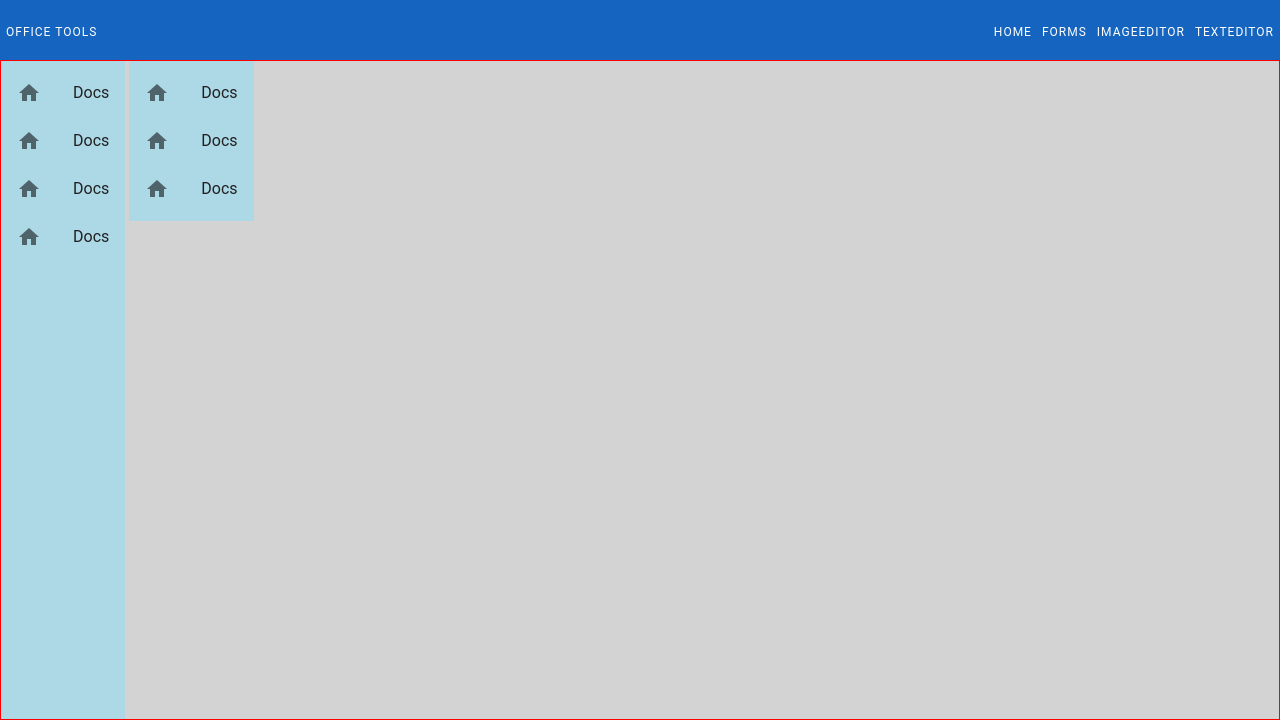
Repository: Vijay-Singh1/office-tools
Page: /form-builder/Create-Form
These files come from the project's save history. The page is drawn as it stood at one moment and after the next save; the edit follows.
The browser window is 1280 px wide. The pictures show the whole page.
The project was rebuilt for these pictures with package versions that can differ from the ones it lists, and the page was loaded fresh each time. Also part of the build but not shown: vite.config.ts, src/FormBuilderApp/src/pages/FormBuilderHome.tsx, src/FormBuilderApp/src/pages/OpenForms.tsx, src/App.css, src/components/common/sidebar/Sidebar.tsx, src/ImageEditor/src/pages/ImageEditorHome.tsx, src/ImageEditor/src/pages/CreateImage.tsx, src/DocsEditor/src/pages/DocsEditorHome.tsx and 1 more.

Above is the page before, as saved 2024-09-09 19:34:58.

### index.html
<!doctype html>
<html lang="en">
  <head>
    <meta charset="UTF-8" />
    <link rel="icon" type="image/svg+xml" href="/vite.svg" />
    <meta name="viewport" content="width=device-width, initial-scale=1.0" />
    <title>Office Tools</title>
  </head>
  <body>
    <div id="root"></div>
    <script type="module" src="/src/main.tsx"></script>
  </body>
</html>

### src/main.tsx
import { StrictMode } from 'react'
import { createRoot } from 'react-dom/client'
import App from './App.tsx'
import './index.css'// Import Tailwind CSS
import { ThemeProvider } from '@mui/material/styles';
import CssBaseline from '@mui/material/CssBaseline';
import theme from "./appTheme/appTheme.ts"
import AppRoutes from './routes.js';
createRoot(document.getElementById('root')!).render(
  <StrictMode>
    <ThemeProvider theme={theme}>
    <CssBaseline />
    <AppRoutes />
    </ThemeProvider>
  </StrictMode>,
)

### src/appTheme/appTheme.ts
// src/theme/theme.js

import { createTheme } from '@mui/material/styles';
import { blue,  red, orange, green, grey } from '@mui/material/colors';

const theme = createTheme({
  palette: {
    primary: {
      light: blue[300], // Light shade for hover effects, etc.
      main: blue[600],  // Main primary color
      dark: blue[800],  // Dark shade for contrast
      contrastText: '#ffffff',
    },
    secondary: {
      light: blue[200], // Light blue as a secondary color
      main: blue[400],  // A mid-range blue for secondary actions
      dark: blue[700],  // Darker shade for emphasis
      contrastText: '#ffffff',
    },
    error: {
      main: red[500],
    },
    warning: {
      main: orange[500],
    },
    info: {
      main: blue[300],
    },
    success: {
      main: green[500],
    },
    background: {
      default: '#ffffff',
      paper: blue[50], // Very light blue background for paper components
    },
    text: {
      primary: grey[900],
      secondary: blue[800], // Dark blue text for secondary elements
    },
    action: {
      hover: blue[100], // Light blue on hover
      selected: blue[50], // Even lighter blue when an item is selected
      disabledBackground: blue[50], // Light blue background for disabled items
      disabled: grey[400], // Disabled text color
    },
    divider: blue[100], // Light blue for dividers and borders
  },
  typography: {
    fontFamily: 'Roboto, Arial, sans-serif',
    h1: {
      fontWeight: 700,
      color: blue[800], // Dark blue for headings
    },
    h2: {
      fontWeight: 700,
      color: blue[700], // Slightly lighter for sub-headings
    },
    subtitle1: {
      fontSize: 12,
      letterSpacing : "1px"
    },
  },
  spacing :[0,2,4,6,8,10],
  components: {
    MuiButton: {
      styleOverrides: {
        root: {
          borderRadius: 8,
          '&:hover': {
            backgroundColor: blue[700], // Darker blue on hover
          },
        },
      },
    },
    MuiAppBar: {
      styleOverrides: {
        colorPrimary: {
          backgroundColor: blue[800], // Darker shade for AppBar
        },
      },
    },
    MuiPaper: {
      styleOverrides: {
        root: {
          backgroundColor: blue[50], // Very light blue for paper components
        },
      },
    },
    // Add more component customizations as needed
  },
});

export default theme;

### src/routes.tsx
import React from 'react';
import { createBrowserRouter, RouterProvider } from 'react-router-dom';
import { formBuilderRoutes } from './FormBuilderApp/src/formBuilderRoutes';
import App from './App';
import { imageEditorRoutes } from './ImageEditor/src/ImageEditorRoutes';
import { docsEditorRoutes } from './DocsEditor/src/docsEditorRoutes';

// Combine routes from different modules
const router = createBrowserRouter([
  {
    path: '/',
    element: <App />,
    children: [
      ...formBuilderRoutes,
      ...imageEditorRoutes,
      ...docsEditorRoutes
      // Add other module routes here
    ],
  },
]);

const AppRoutes: React.FC = () => {
  return <RouterProvider router={router} />;
};

export default AppRoutes;

### src/FormBuilderApp/src/formBuilderRoutes.tsx
import React from 'react';
import { RouteObject } from 'react-router-dom';
import FormBuilderHome from './pages/FormBuilderHome';
import CreateForm from './pages/CreateForm';
import OpenForms from './pages/OpenForms';
import FormBuilderMain from './pages/FormBuilderMain';


export const formBuilderRoutes: RouteObject[] = [
  {
    path: 'form-builder',
    element: < FormBuilderMain/>,
    children: [
      {
        path: '/form-builder',
        element: <FormBuilderHome />,
      },
      {
        path: '/form-builder/Create-Form',
        element: <CreateForm />,
      },
      {
        path: '/form-builder/Open-Form',
        element: <OpenForms />,
      },
    ],
  },
];

### src/App.tsx
import { Outlet } from "react-router-dom";
import "./App.css";
import Sidebar from "./components/common/appBar/sidebar/Sidebar";
import { AppBar, Box, IconButton, Stack, Toolbar, Typography,   } from "@mui/material";
import MenuIcon from '@mui/icons-material/Menu';
import Appbar from "./components/common/appBar/Appbar";
const App: React.FC = () => {

  return (

      <Stack direction="column">
    <Appbar/>
      <Box>
        <Outlet />
      </Box>
      </Stack>

  );
};

export default App;

### src/ImageEditor/src/ImageEditorRoutes.tsx
import React from 'react';
import { RouteObject } from 'react-router-dom';
import ImageEditorMain from './pages/ImageEditorMain';
import ImageEditorHome from './pages/ImageEditorHome';
import CreateImage from './pages/CreateImage';


export const imageEditorRoutes: RouteObject[] = [
  {
    path: 'image-editor',
    element: < ImageEditorMain/>,
    children: [
      {
        path: '/image-editor',
        element: <ImageEditorHome />,
      },
      {
        path: '/image-editor/Create-Image',
        element: <CreateImage />,
      },

    ],
  },
];

### src/DocsEditor/src/docsEditorRoutes.tsx
import React from 'react';
import { RouteObject } from 'react-router-dom';
import DocsEditorMain from './pages/DocsEditorMain';
import DocsEditorHome from './pages/DocsEditorHome';
import CreateDocs from './pages/CreateDocs';


export const docsEditorRoutes: RouteObject[] = [
  {
    path: '/docs-editor',
    element: < DocsEditorMain/>,
    children: [
      {
        path: '/docs-editor',
        element: <DocsEditorHome />,
      },
      {
        path: '/docs-editor/Create-docs',
        element: <CreateDocs />,
      },

    ],
  },
];

### src/FormBuilderApp/src/pages/CreateForm.tsx
import { styled } from '@mui/material/styles';
import Box from '@mui/material/Box';
import React from 'react'
import { Stack } from '@mui/material';
import FormSidebar from '../components/sidebar/Sidebar';
import { Home } from '@mui/icons-material';
import CenterComponent from '../components/centerComponent/centerComponent';


const sideBarItem = [
  {
    text :"Docs",
    icon :<Home/>
  },
  {
    text :"Docs",
    icon :<Home/>
  },
  {
    text :"Docs",
    icon :<Home/>
  },
  {
    text :"Docs",
    icon :<Home/>
  },
]
const CreateForm : React.FC = () => {
  return (
    <Box border={"1px solid red"} flex ={1} bgcolor={"lightgray"} display={"flex"}  width = "100%" minHeight="calc(100vh - 60px)">
      <Stack direction="row" spacing={2}>
      <FormSidebar items = {sideBarItem}/>
      <CenterComponent/>
</Stack>
    </Box>
  )
}

export default CreateForm

### src/FormBuilderApp/src/pages/FormBuilderMain.tsx
import { Box, Stack } from '@mui/material'
import { Outlet } from 'react-router-dom'



const FormBuilderMain = () => {
  return (
      <Box width={"100%"} >
        <Stack direction="row" spacing={2}>
            <Outlet />
          </Stack>
          </Box>
  )
}

export default FormBuilderMain

### src/components/common/appBar/Appbar.tsx
import { AppBar, Box, styled, Toolbar, Typography } from '@mui/material'
import React from 'react'
import HomeRepairServiceIcon from '@mui/icons-material/HomeRepairService';
import { NavLink } from 'react-router-dom';

const StyledToolBar = styled(Toolbar)({
    display : "flex",
    justifyContent : "space-between"
})

const NavItems = styled(Box)(({theme}) =>({
    color : theme.palette.primary.contrastText,
    display: "flex",
    // border : "1px solid red",
    gap: theme.spacing(5)
}))

const StyledNavLink = styled(NavLink)(({theme})=>({
    width : "40%",
    color : theme.palette.primary.contrastText,
    textDecoration : "none",


}))

const Appbar = () => {
  return (
    <Box sx={{ flexGrow: 1 }} height={"60px"}>
    <AppBar position='static' >
        <StyledToolBar>
        <Typography variant='subtitle1' sx={{display : {sm : "block", xs : "none"}}}>OFFICE TOOLS</Typography>
            <HomeRepairServiceIcon sx={{display : {sm : "none", xs : "block"}}}/>
            <NavItems>
            <StyledNavLink to="/"><Typography variant='subtitle1'>HOME</Typography> </StyledNavLink>
            <StyledNavLink to="/form-builder"><Typography variant='subtitle1'>FORMS</Typography></StyledNavLink>
            <StyledNavLink to="/image-editor"><Typography variant='subtitle1'>IMAGEEDITOR</Typography></StyledNavLink>
            <StyledNavLink to="/docs-editor"><Typography variant='subtitle1'>TEXTEDITOR</Typography></StyledNavLink>
        </NavItems>
        </StyledToolBar>

    </AppBar>
    </Box>
  )
}

export default Appbar

### src/ImageEditor/src/pages/ImageEditorMain.tsx
import { Home } from '@mui/icons-material'
import { Box, Stack } from '@mui/material'
import React from 'react'
import { Outlet } from 'react-router-dom'
import Sidebar from '../../../components/common/sidebar/Sidebar'


const sideBarItem = [
    {
      text :"ImageEditor",
      icon :<Home/>
    },
    {
      text :"ImageEditor",
      icon :<Home/>
    },
    {
      text :"ImageEditor",
      icon :<Home/>
    },
    {
      text :"ImageEditor",
      icon :<Home/>
    },
  ]
const ImageEditorMain = () => {
  return (
    <Box width={"100%"}>
      <Stack direction="row" spacing={2}>
        <Sidebar items ={sideBarItem}/>
          <Outlet />
        </Stack>
        </Box>
  )
}

export default ImageEditorMain

### src/DocsEditor/src/pages/DocsEditorMain.tsx
import { Box, Stack } from '@mui/material'
import React from 'react'
import Sidebar from '../../../components/common/sidebar/Sidebar'
import { Outlet } from 'react-router-dom'
import { Home } from '@mui/icons-material'


const sideBarItem = [
    {
      text :"Docs",
      icon :<Home/>
    },
    {
      text :"Docs",
      icon :<Home/>
    },
    {
      text :"Docs",
      icon :<Home/>
    },
    {
      text :"Docs",
      icon :<Home/>
    },
  ]
const DocsEditorMain = () => {
  return (
    <Box width={"100%"}>
        <Stack direction="row" spacing={2}>
          <Sidebar items ={sideBarItem}/>
            <Outlet />
          </Stack>
          </Box>
  )
}

export default DocsEditorMain

### src/FormBuilderApp/src/components/sidebar/Sidebar.tsx



import { Box, List, ListItem, ListItemButton, ListItemIcon, ListItemText } from '@mui/material'
import React from 'react'
import { SidebarProps } from '../../../../types';

const FormSidebar:React.FC<SidebarProps> = ({items  }) => {
  return (
    <Box bgcolor="lightBlue" flex={1}>
      <List>
      {items?.map((item) =>(
        <ListItem disablePadding>
          <ListItemButton component = "a" href='/form-builder'>
            <ListItemIcon>
              {item.icon}
            </ListItemIcon>
            <ListItemText >{item.text}</ListItemText>
          </ListItemButton>
        </ListItem>
      ))}
      </List>
    </Box>
  )
}

export default FormSidebar

### src/FormBuilderApp/src/components/centerComponent/centerComponent.jsx
import { Box } from '@mui/material'
import React from 'react'
import FormSidebar from '../sidebar/Sidebar'
import { Home } from '@mui/icons-material'

const sideBarItem = [
    {
      text :"Docs",
      icon :<Home/>
    },
    {
      text :"Docs",
      icon :<Home/>
    },
    {
      text :"Docs",
      icon :<Home/>
    },
  ]
const CenterComponent = () => {
  return (
    <Box flex={1}>
      <FormSidebar items = {sideBarItem}/>
    </Box >
  )
}

export default CenterComponent

Loaded but not shown: src/index.css (common file)

After the next save:
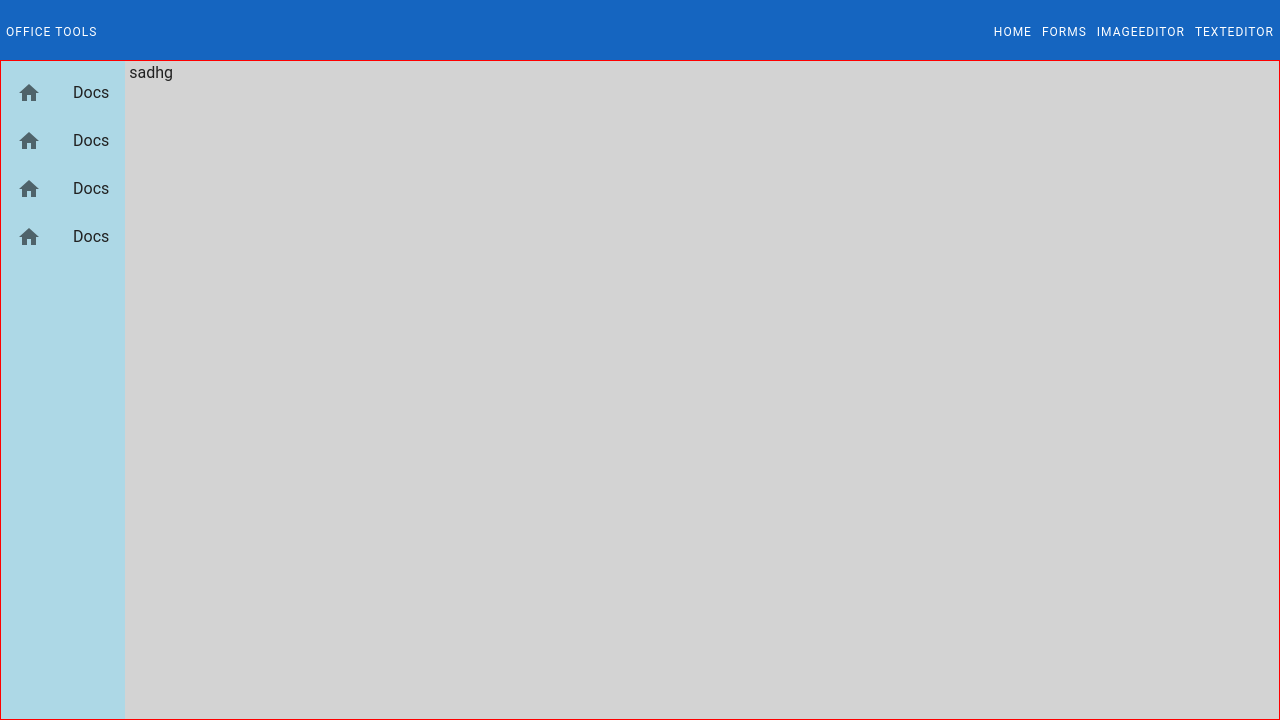
Saved 15 s later.
--- a/src/FormBuilderApp/src/components/centerComponent/centerComponent.jsx
+++ b/src/FormBuilderApp/src/components/centerComponent/centerComponent.jsx
@@ -20,7 +20,7 @@
 const CenterComponent = () => {
   return (
     <Box flex={1}>
-      <FormSidebar items = {sideBarItem}/>
+      sadhg
     </Box >
   )
 }

After the save that followed:
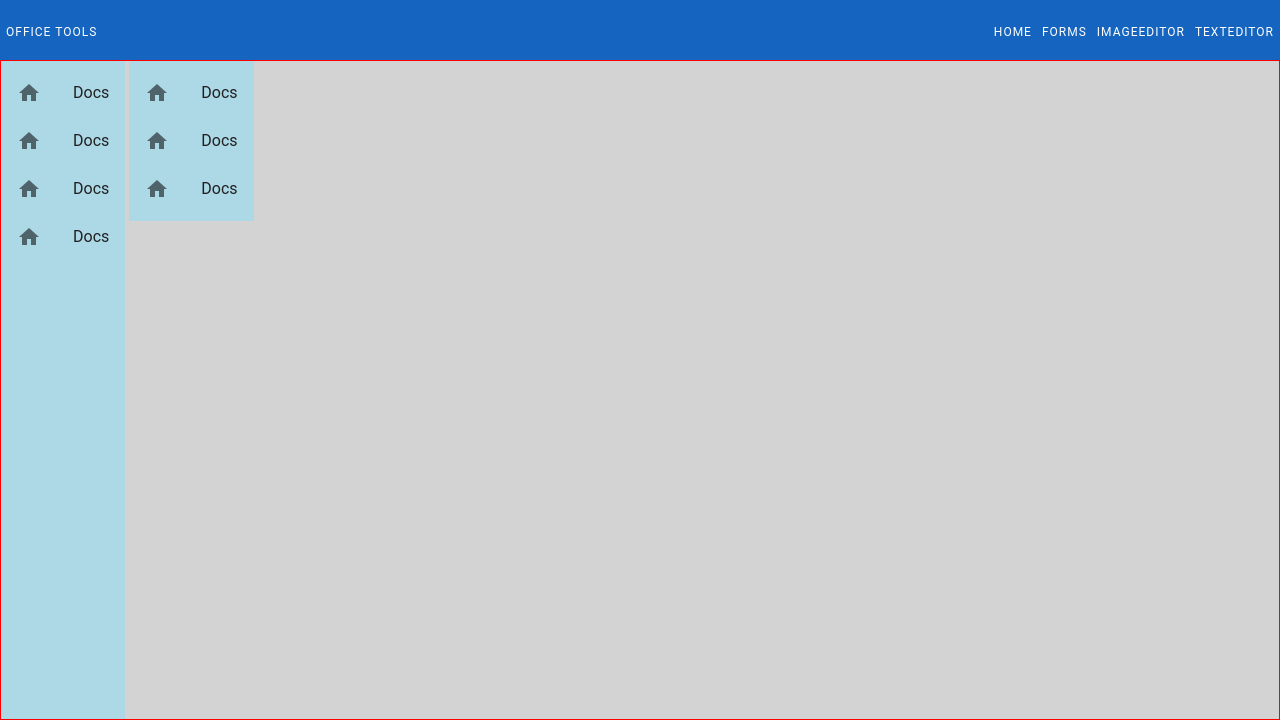
Saved 4 s later.
--- a/src/FormBuilderApp/src/components/centerComponent/centerComponent.jsx
+++ b/src/FormBuilderApp/src/components/centerComponent/centerComponent.jsx
@@ -20,7 +20,7 @@
 const CenterComponent = () => {
   return (
     <Box flex={1}>
-      sadhg
+      <FormSidebar items = {sideBarItem}/>
     </Box >
   )
 }
